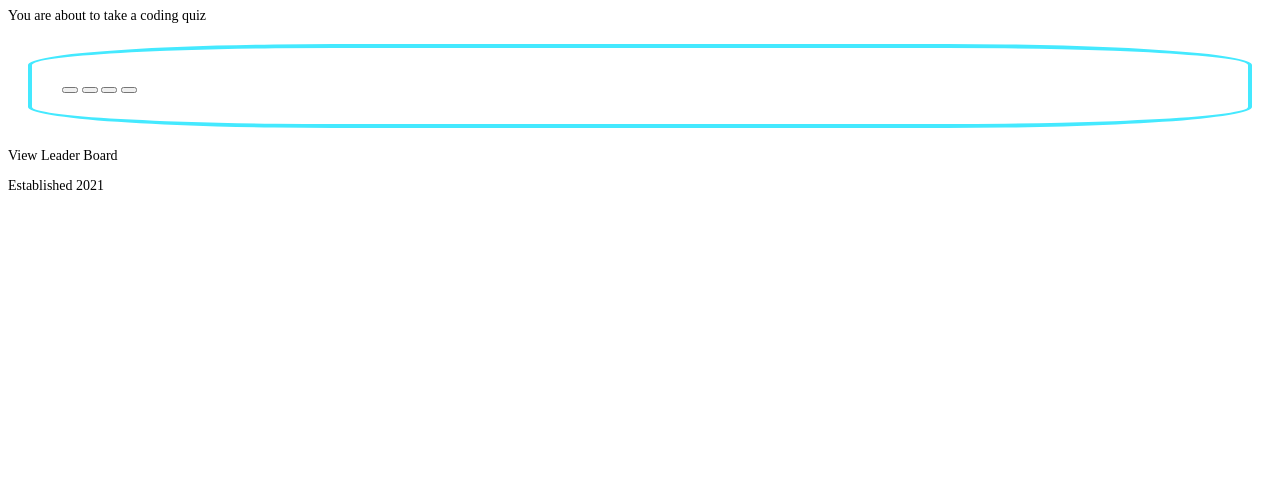
Repository: stuart-rickard/coding-quiz
Page: index.html
These files come from the project's save history. The page is drawn as it stood at one moment and after the next save; the edit follows.
The browser window is 1280 px wide. The pictures show the whole page.

Above is the page before, as saved 2021-11-22 20:19:09.

After the next save:
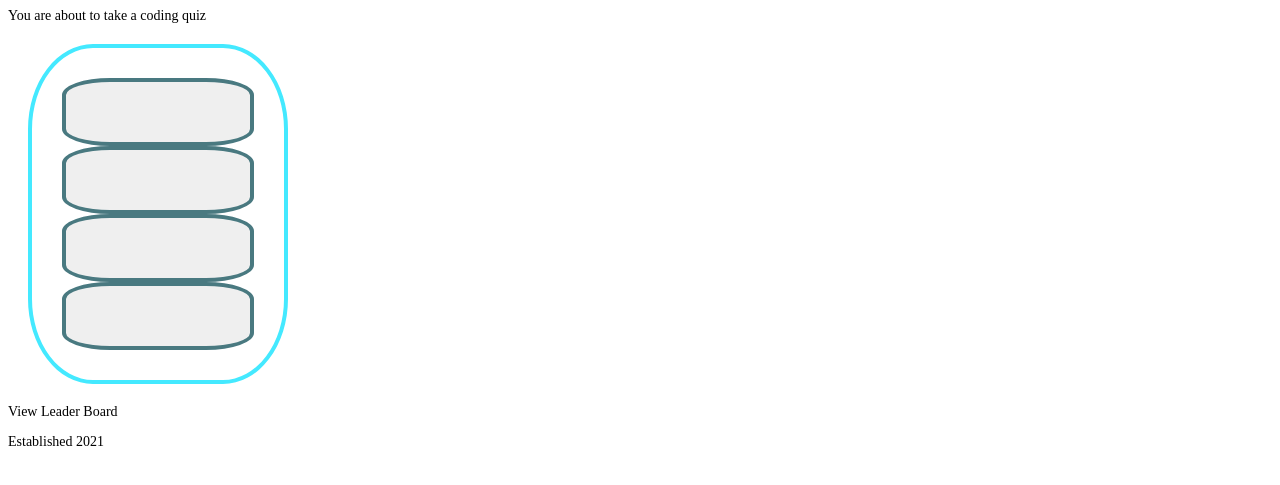
Saved 5 min 12 s later.
--- a/assets/css/style.css
+++ b/assets/css/style.css
@@ -15,7 +15,7 @@
     font-size: 14px;
   }
 
-.main {
+main {
     width: 300px;
 }
 
@@ -24,6 +24,13 @@
     border: var(--regular-line-width) solid var(--primary);
     border-radius: var(--border-radius-regular);
     padding: 30px;
+    display: flex;
+    flex-direction: column;
 }
 
-.answer-li
+.answer-li {
+    border: var(--regular-line-width) solid var(--secondary);
+    border-radius: var(--border-radius-regular);
+    padding: 30px;
+    display: flex;
+}
